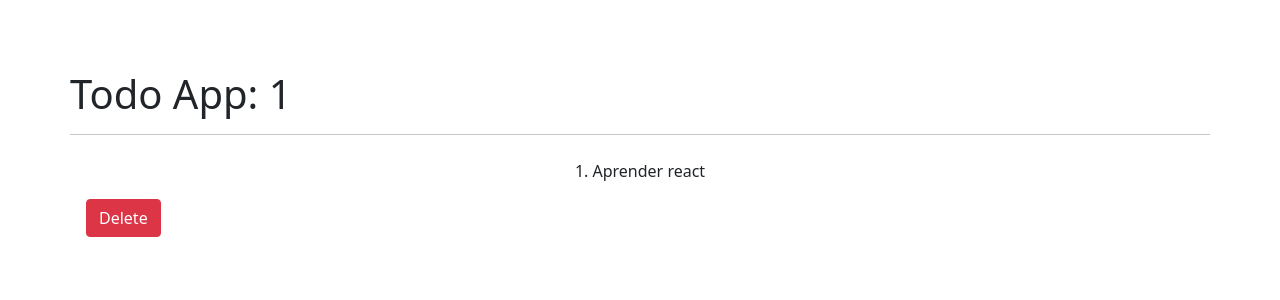
Repository: ppfeliuu/hooks-app
Page: /
An editor plug-in stored every save of this project. The page is shown before and after the next save, followed by the edit.
The browser window is 1280 px wide. The pictures show the whole page.
The project was rebuilt for these pictures with package versions that can differ from the ones it lists, and the page was loaded fresh each time.

Above is the page before, as saved 2021-05-30 09:31:03.

After the next save:
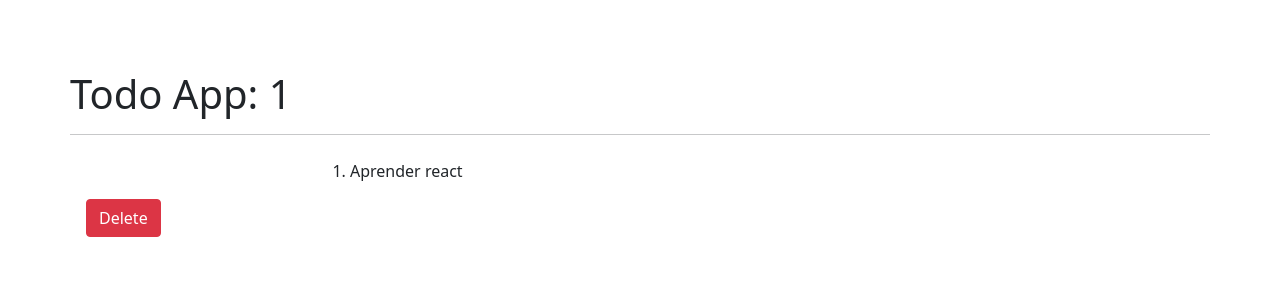
Saved 77 s later.
--- a/src/components/08-useReducer/TodoApp.js
+++ b/src/components/08-useReducer/TodoApp.js
@@ -20,17 +20,23 @@ export const TodoApp = () => {
       <h1>Todo App: {todos.length}</h1>
       <hr />
 
-      <ul className="list-group list-group-flush">
-        {todos.map((todo, index) => (
-          <li key={todo.id} className="list-group-item">
-            <p className="text-center">
-              {index + 1}. {todo.desc}
-            </p>
+      <div className="row">
+        <div className="col-7">
+          <ul className="list-group list-group-flush">
+            {todos.map((todo, index) => (
+              <li key={todo.id} className="list-group-item">
+                <p className="text-center">
+                  {index + 1}. {todo.desc}
+                </p>
 
-            <button className="btn btn-danger">Delete</button>
-          </li>
-        ))}
-      </ul>
+                <button className="btn btn-danger">Delete</button>
+              </li>
+            ))}
+          </ul>
+        </div>
+
+        <div className="col-5"></div>
+      </div>
     </div>
   );
 };
